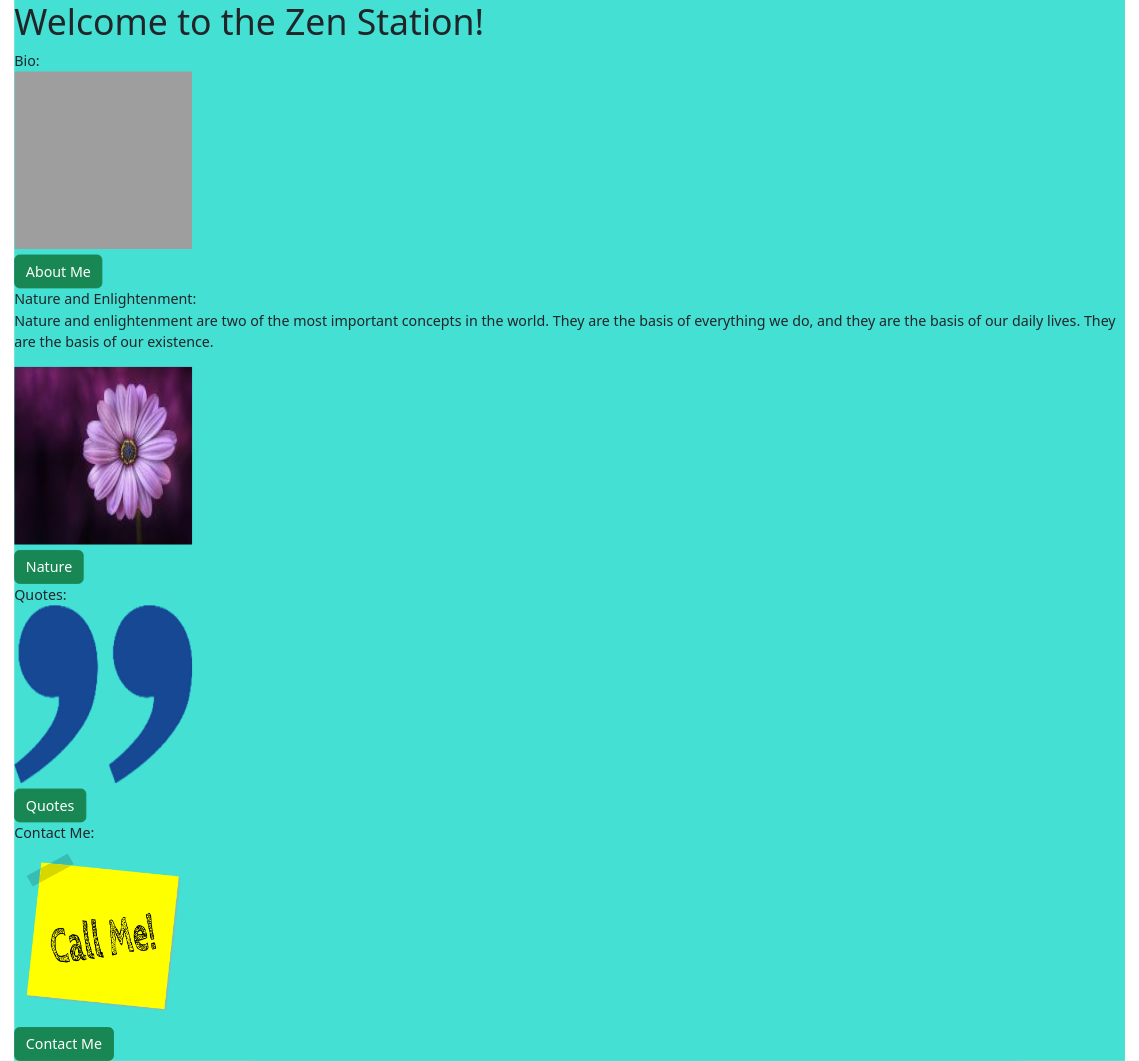
Repository: collegedude9300/zenstationnext
Page: /Nature
The author's editor kept a copy of each file at every save. The page is drawn from the files as they stood at one save, then again after the next save.
The browser window is 1280 px wide. The pictures show the whole page, at 89% of full size.
Pictures or frames that could not be fetched are drawn as grey boxes. The project was rebuilt for these pictures with package versions that can differ from the ones it lists, and the page was loaded fresh each time. The framework's server and built-in components were replaced by stand-ins that run in the browser. Also part of the build but not shown: next.config.js.

Above is the page before, as saved 2024-04-15 13:51:11.

### pages/Nature.js
import Head from 'next/head'
import Image from 'next/image'
import styles from '../styles/Home.module.css'
import 'bootstrap/dist/css/bootstrap.css'
import Link from 'next/link'
export default function Home() {
    return (
      <div className={styles.container}>
        <Head>
          <title>Zen Station</title>
          <meta name="description" content="Generated by create next app" />
          <link rel="icon" href="/favicon.png" />
        </Head>
        <main className={styles.pages}>
          <h1> Welcome to the Zen Station!</h1>
          <div className={styles.spacing}></div>
          <section>
            <header>Bio:</header>
          </section>
          <div className={styles.imageContainer}>
            <Image
              alt="A book about Zen meditation."
              src="/bout.jpg"
              width="200"
              height="200"
              className={styles.image}
              priority/>
          </div>
          <div className={styles.spacing}></div>
          <Link href="/About">
            <button className="btn btn-success">About Me</button>
          </Link>
          <section>
            <header>Nature and Enlightenment:</header>
          </section>
          <p>
            Nature and enlightenment are two of the most important concepts in the world.
            They are the basis of everything we do, and they are the basis of our daily lives.
            They are the basis of our existence.
            </p>
          <Image  alt="A small purple flower." src="/flower.jpg" width="200" height="200"/>
          <div className={styles.spacing}></div>
          <Link href="/Nature">
            <button className="btn btn-success">Nature</button>
          </Link>
          <section>
            <header>Quotes:</header>
          </section>
          <Image alt="asdf" src="/quotes.png" width="200" height="200"/>
          <div className={styles.spacing}></div>
          <Link href="/Quotes">
            <button className="btn btn-success">Quotes</button>
          </Link>
          <section>
            <header>Contact Me:</header>
          </section>
          <Image  alt="A yellow sticky note saying Call Me." src="/contact.png" width="200" height="200"/>
          <div className={styles.spacing}></div>
          <Link href="/Contact">
            <button className="btn btn-success">Contact Me</button>
          </Link>
        </main>
      </div>
    )
  }

### styles/Home.module.css
.container {
  padding: 0 1rem;
}
.pages{
  background-color: #43e0d3;
  min-height: 100vh;
}

.quoteDiv {
  font-size: 50px;
  color: rgb(243, 14, 7);
}
.successMessage {

  color: green;
  font-size: 30px;
  display:none;
  margin-bottom:20px;
}

.login {
  min-height: 100vh;
  padding: 4rem 0;
  flex: 1;
  display: flex;
  flex-direction: column;
  justify-content: center;
  align-items: center;
  background-color: #ffc400;
}
.main {
  min-height: 100vh;
  padding: 4rem 0;
  flex: 1;
  display: flex;
  flex-direction: column;
  justify-content: center;
  align-items: center;
}
.aboutBio {

  margin: 0;
  line-height: 1.15;
  font-size: 4rem;
  text-align: center;
}
.footer {
  display: flex;
  flex: 1;
  padding: 2rem 0;
  border-top: 1px solid #eaeaea;
  justify-content: center;
  align-items: center;
}

.footer a {
  display: flex;
  justify-content: center;
  align-items: center;
  flex-grow: 1;
}

.title a {
  color: #0070f3;
  text-decoration: none;
}

.title a:hover,
.title a:focus,
.title a:active {
  text-decoration: underline;
}

.title {
  margin: 0;
  line-height: 1.15;
  font-size: 4rem;
}

.title,
.description {
  text-align: center;
}

.description {
  margin: 4rem 0;
  line-height: 1.5;
  font-size: 1.5rem;
}

.code {
  background: #fafafa;
  border-radius: 5px;
  padding: 0.75rem;
  font-size: 1.1rem;
  font-family: Menlo, Monaco, Lucida Console, Liberation Mono, DejaVu Sans Mono,
    Bitstream Vera Sans Mono, Courier New, monospace;
}

.grid {
  display: flex;
  align-items: center;
  justify-content: center;
  flex-wrap: wrap;
  max-width: 800px;
}

.card {
  margin: 1rem;
  padding: 1.5rem;
  text-align: left;
  color: inherit;
  text-decoration: none;
  border: 1px solid #eaeaea;
  border-radius: 10px;
  transition: color 0.15s ease, border-color 0.15s ease;
  max-width: 300px;
}

.card:hover,
.card:focus,
.card:active {
  color: #0070f3;
  border-color: #0070f3;
}

.card h2 {
  margin: 0 0 1rem 0;
  font-size: 1.5rem;
}

.card p {
  margin: 0;
  font-size: 1.25rem;
  line-height: 1.5;
}

.logo {
  height: 1em;
  margin-left: 0.5rem;
}

@media (max-width: 600px) {
  .grid {
    width: 100%;
    flex-direction: column;
  }
}

@media (prefers-color-scheme: dark) {
  .card,
  .footer {
    border-color: #222;
  }
  .code {
    background: #111;
  }
  .logo img {
    filter: invert(1);
  }
}

Loaded but not shown: pages/_app.js (common file); styles/globals.css (common file)

After the next save:
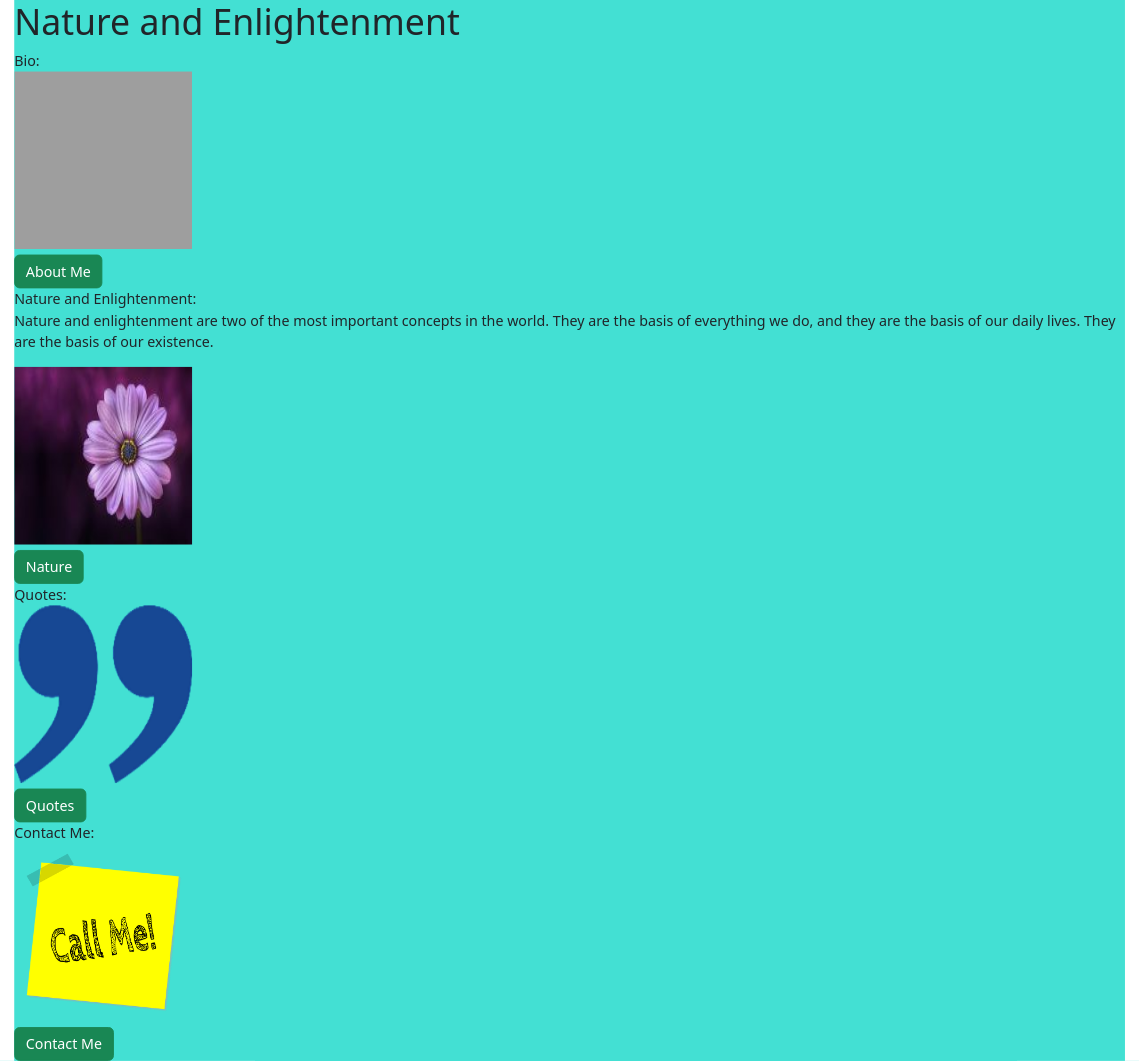
Saved 37 s later.
--- a/pages/Nature.js
+++ b/pages/Nature.js
@@ -12,7 +12,7 @@ export default function Home() {
           <link rel="icon" href="/favicon.png" />
         </Head>
         <main className={styles.pages}>
-          <h1> Welcome to the Zen Station!</h1>
+          <h1> Nature and Enlightenment</h1>
           <div className={styles.spacing}></div>
           <section>
             <header>Bio:</header>
